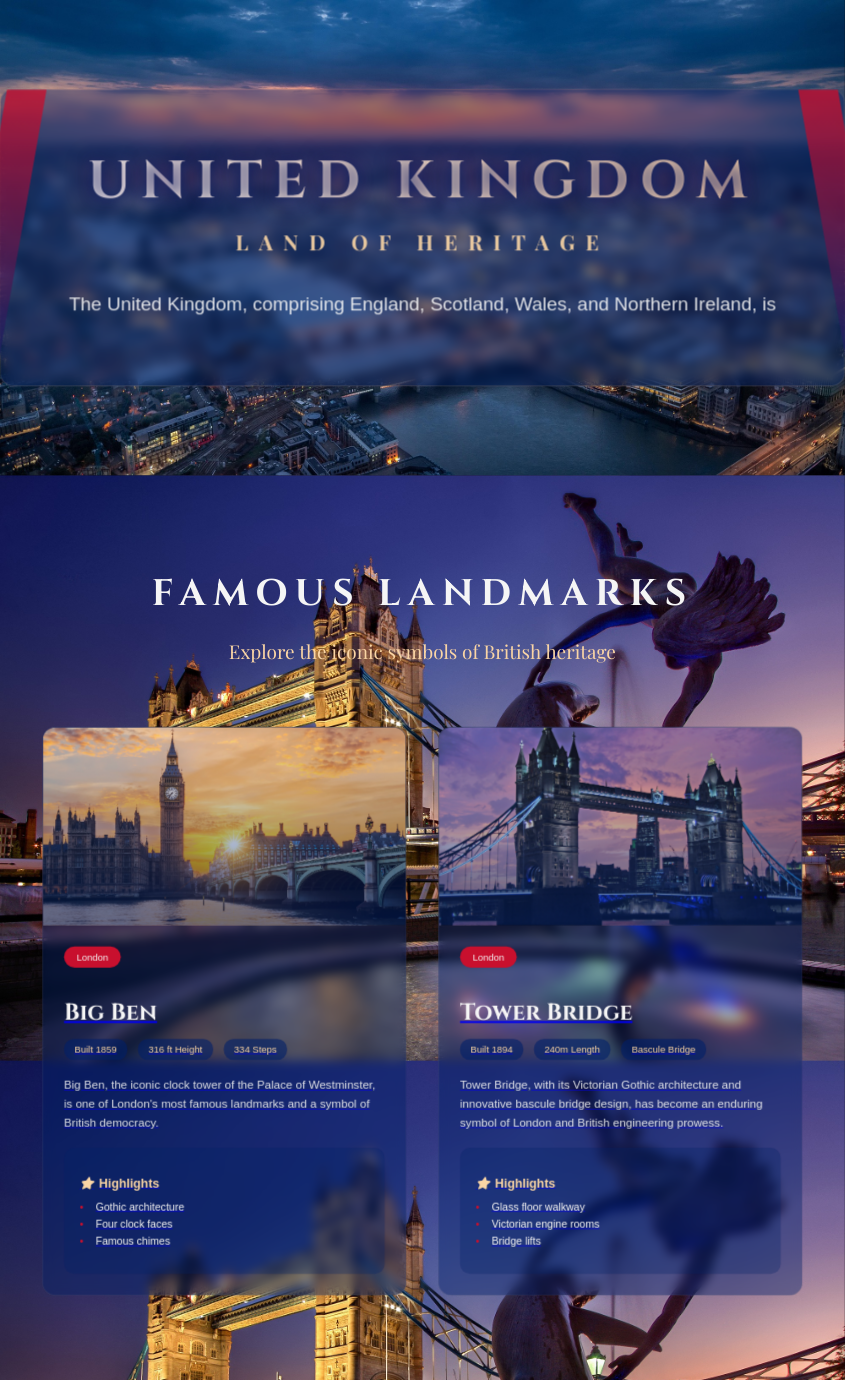
Repository: huang-heavenly-Emperor/NewYork
Page: uk.html
These files come from the project's save history. The page is drawn as it stood at one moment and after a run of saves; the edit follows.
The browser window is 1280 px wide. The pictures show the whole page, at 66% of full size.
Backgrounds fixed to the window are drawn as part of the page.

Above is the page before, as saved 2025-02-19 16:13:38.

After the next 3 saves:
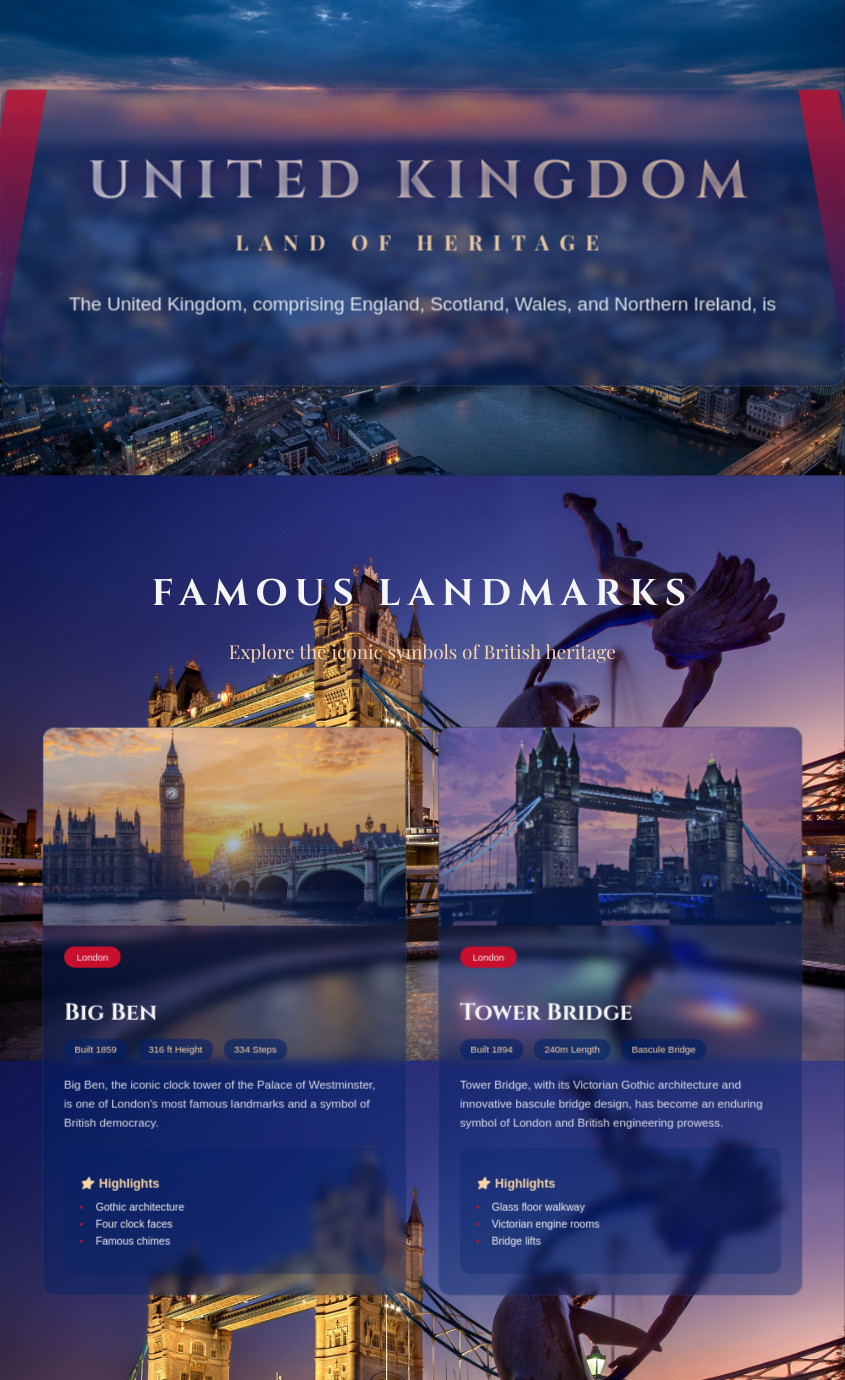
The 3 saves are shown as one change because they came seconds apart.
The last was saved 4 min 8 s later.
--- a/css/uk.css
+++ b/css/uk.css
@@ -6,7 +6,9 @@
     --navy-blue: #000080;       /* 海军蓝 */
     --cream-white: #F5F5F5;     /* 奶油白 */
 }
-
+a{
+    text-decoration: none;
+}
 /* 主要内容区 */
 .main-content {
     min-height: 100vh;
